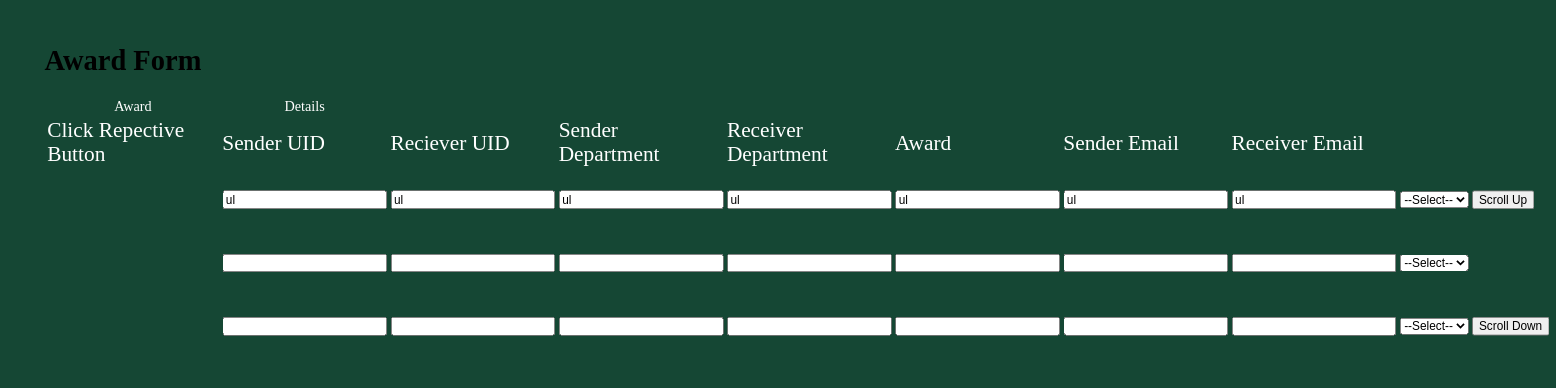
Repository: prajaktamore/Web-Based-Programming-3
Page: http://localhost/BinaryCalculator/Waiting.jsp
An editor plug-in stored every save of this project. The page is shown before and after the next save, followed by the edit.
The browser window is 1280 px wide. The page is 1748 px wide, so the pictures cover 1748 px, including what lies to the right of the window. The pictures show the whole page, at 89% of full size.
The page is served by Tomcat 9. Other server files are loaded and not shown.

Above is the page before, as saved 2014-05-04 18:00:54.

### BinaryCalculator/WebContent/Waiting.jsp
<%@ page language="java" contentType="text/html; charset=ISO-8859-1"
    pageEncoding="ISO-8859-1"%>
<%@taglib prefix="core" uri="http://java.sun.com/jsp/jstl/core"%>
<%@ page import="java.util.*,java.sql.Connection,java.sql.DriverManager,java.sql.SQLException,java.sql.Statement,java.sql.ResultSet" session="true"%>
<%@ page errorPage="ShowError.jsp" %>

<!DOCTYPE html PUBLIC "-//W3C//DTD HTML 4.01 Transitional//EN" "http://www.w3.org/TR/html4/loose.dtd">
<html>
<head>
<meta http-equiv="Content-Type" content="text/html; charset=ISO-8859-1">
<title>Awards</title>
<link href="more.css" rel="stylesheet" type="text/css" />
<script type="text/javascript">
var myArray = new Array();
var loc = -1;
var insertflag1;

var upstatus;

function  validateform1(){
	var index = document.getElementById("approve1").selectedIndex;
	if(index == 1){
		document.getElementById('sub1').style.visibility='visible';
	}else if(index == 2){
		var r=confirm("Confirmation : Are you sure you want to delete click ok and click Delete Button");
		if (r==true)
		  {
		  	document.getElementById('sub1').style.visibility='visible';
		  }
		else
		  {
		  	alert("You have cancelled Deletion");
		  }
	}
}

function  validateform2(){
	var index = document.getElementById("approve2").selectedIndex;
	if(index == 1){
		document.getElementById('sub2').style.visibility='visible';
	}else if(index == 2){
		var r=confirm("Confirmation : Are you sure you want to delete click ok and click Delete Button");
		if (r==true)
		  {
		  	document.getElementById('sub2').style.visibility='visible';
		  }
		else
		  {
		  	alert("You have cancelled Deletion");
		  }
	}
}

function  validateform3(){
	var index = document.getElementById("approve3").selectedIndex;
	if(index == 1){
		document.getElementById('sub3').style.visibility='visible';
	}else if(index == 2){
		var r=confirm("Confirmation : Are you sure you want to delete click ok and click Delete Button");
		if (r==true)
		  {
		  	document.getElementById('sub3').style.visibility='visible';
		  }
		else
		  {
		  	alert("You have cancelled Deletion");
		  }
	}
}
function successCallback(){
   	var name = '<%= session.getAttribute( "suidApprove" ) %>';
	var details = '<%= session.getAttribute( "ruidApprove" ) %>';
	var name1 = '<%= session.getAttribute( "sdeptApprove" ) %>';
	var details1 = '<%= session.getAttribute( "rdeptApprove" ) %>';
	var name2 = '<%= session.getAttribute( "awardApprove" ) %>';
	var details2 = '<%= session.getAttribute( "smailApprove" ) %>';
	var name3 = '<%= session.getAttribute( "rmailApprove" ) %>';
		var array1Token = name.toString();
		array1Token = array1Token.slice(1, array1Token.length-1);
		var fields = array1Token.split(/,/);

		var array2Token = details.toString();
		array2Token = array2Token.slice(1, array2Token.length-1);
		var fields2 = array2Token.split(/,/);

		var array1Token1 = name1.toString();
		array1Token1 = array1Token1.slice(1, array1Token1.length-1);
		var fields3 = array1Token1.split(/,/);

		var array2Token2 = details1.toString();
		array2Token2 = array2Token2.slice(1, array2Token2.length-1);
		var fields4 = array2Token2.split(/,/);

		var array1Token3 = name2.toString();
		array1Token3 = array1Token3.slice(1, array1Token3.length-1);
		var fields5 = array1Token3.split(/,/);

		var array2Token4 = details2.toString();
		array2Token4 = array2Token4.slice(1, array2Token4.length-1);
		var fields6 = array2Token4.split(/,/);

		var array1Token5 = name3.toString();
		array1Token5 = array1Token5.slice(1, array1Token5.length-1);
		var fields7 = array1Token5.split(/,/);
		loc = -1;

 		for (var i = 0; i < 3 ; i++) {
					var num = i + 1;
					var n = num.toString();

					var name = "name".concat(n);
					document.getElementById(name).value = "";

					var sssn = "detail".concat(n);
					document.getElementById(sssn).value = "";

					var sdept = "sdept".concat(n);
					document.getElementById(sdept).value = "";

					var rdept = "rdept".concat(n);
					document.getElementById(rdept).value = "";

					var award = "award".concat(n);
					document.getElementById(award).value = "";

					var smail = "smail".concat(n);
					document.getElementById(smail).value = "";

					var rmail = "rmail".concat(n);
					document.getElementById(rmail).value = "";

					var pos = "pos".concat(n);
					document.getElementById(pos).value = "";
		}

		for (var i = 0; i < fields.length ; i++) {
					if(i >= 3) {
						loc = loc + 1;

							document.getElementById("name1").value = fields[i-2];
							document.getElementById("detail1").value = fields2[i-2];
							document.getElementById("sdept1").value = fields3[i-2];
							document.getElementById("rdept1").value = fields4[i-2];
							document.getElementById("award1").value = fields5[i-2];
							document.getElementById("smail1").value = fields6[i-2];
							document.getElementById("rmail1").value = fields7[i-2];
							document.getElementById("pos1").value = i-2;

							document.getElementById("name2").value = fields[i-1];
							document.getElementById("detail2").value = fields2[i-1];
							document.getElementById("sdept2").value = fields3[i-1];
							document.getElementById("rdept2").value = fields4[i-1];
							document.getElementById("award2").value = fields5[i-1];
							document.getElementById("smail2").value = fields6[i-1];
							document.getElementById("rmail2").value = fields7[i-1];
							document.getElementById("pos2").value = i-1;

							document.getElementById("name3").value = fields[i];
							document.getElementById("detail3").value = fields2[i];
							document.getElementById("sdept3").value = fields3[i];
							document.getElementById("rdept3").value = fields4[i];
							document.getElementById("award3").value = fields5[i];
							document.getElementById("smail3").value = fields6[i];
							document.getElementById("rmail3").value = fields7[i];
							document.getElementById("pos3").value = i;


					}
					else{

							loc = loc + 1;
							var num = i + 1;
							var n = num.toString();

							var name = "name".concat(n);
							document.getElementById(name).value = fields[i];

							var sssn = "detail".concat(n);
							document.getElementById(sssn).value = fields2[i];

							var sdept = "sdept".concat(n);
					document.getElementById(sdept).value = fields3[i];

					var rdept = "rdept".concat(n);
					document.getElementById(rdept).value = fields4[i];

					var award = "award".concat(n);
					document.getElementById(award).value = fields5[i];

					var smail = "smail".concat(n);
					document.getElementById(smail).value =fields6[i];

					var rmail = "rmail".concat(n);
					document.getElementById(rmail).value = fields7[i];

							var pos = "pos".concat(n);
							document.getElementById(pos).value = i;

					}

				}

}

function scrollDown()
{
		var scrollstatus = document.getElementById("pos1").value;

		var name = '<%= session.getAttribute( "suidApprove" ) %>';
	var details = '<%= session.getAttribute( "ruidApprove" ) %>';
	var name1 = '<%= session.getAttribute( "sdeptApprove" ) %>';
	var details1 = '<%= session.getAttribute( "rdeptApprove" ) %>';
	var name2 = '<%= session.getAttribute( "awardApprove" ) %>';
	var details2 = '<%= session.getAttribute( "smailApprove" ) %>';
	var name3 = '<%= session.getAttribute( "rmailApprove" ) %>';
		var array1Token = name.toString();
		array1Token = array1Token.slice(1, array1Token.length-1);
		var fields = array1Token.split(/,/);

		var array2Token = details.toString();
		array2Token = array2Token.slice(1, array2Token.length-1);
		var fields2 = array2Token.split(/,/);

		var array1Token1 = name1.toString();
		array1Token1 = array1Token1.slice(1, array1Token1.length-1);
		var fields3 = array1Token1.split(/,/);

		var array2Token2 = details1.toString();
		array2Token2 = array2Token2.slice(1, array2Token2.length-1);
		var fields4 = array2Token2.split(/,/);

		var array1Token3 = name2.toString();
		array1Token3 = array1Token3.slice(1, array1Token3.length-1);
		var fields5 = array1Token3.split(/,/);

		var array2Token4 = details2.toString();
		array2Token4 = array2Token4.slice(1, array2Token4.length-1);
		var fields6 = array2Token4.split(/,/);

		var array1Token5 = name3.toString();
		array1Token5 = array1Token5.slice(1, array1Token5.length-1);
		var fields7 = array1Token5.split(/,/);

		loc = -1;

	if(fields.length < 3 || (parseInt(parseInt(scrollstatus) + 3))== fields.length){
			alert("Cannot scroll down");
	}else {
 		for (var i = 0; i < 3 ; i++) {
					var num = i + 1;
					var n = num.toString();

					var name = "name".concat(n);
					document.getElementById(name).value = "";

					var sssn = "detail".concat(n);
					document.getElementById(sssn).value = "";

					var sdept = "sdept".concat(n);
					document.getElementById(sdept).value = "";

					var rdept = "rdept".concat(n);
					document.getElementById(rdept).value = "";

					var award = "award".concat(n);
					document.getElementById(award).value = "";

					var smail = "smail".concat(n);
					document.getElementById(smail).value = "";

					var rmail = "rmail".concat(n);
					document.getElementById(rmail).value = "";

					var pos = "pos".concat(n);
					document.getElementById(pos).value = "";
		}

		var i = parseInt(parseInt(scrollstatus));

							document.getElementById("name1").value = fields[i+1];
							document.getElementById("detail1").value = fields2[i+1];
							document.getElementById("sdept1").value = fields3[i+1];
							document.getElementById("rdept1").value = fields4[i+1];
							document.getElementById("award1").value = fields5[i+1];
							document.getElementById("smail1").value = fields6[i+1];
							document.getElementById("rmail1").value = fields7[i+1];
							document.getElementById("pos1").value = i+1;

							document.getElementById("name2").value = fields[i+2];
							document.getElementById("detail2").value = fields2[i+2];
							document.getElementById("sdept2").value = fields3[i+2];
							document.getElementById("rdept2").value = fields4[i+2];
							document.getElementById("award2").value = fields5[i+2];
							document.getElementById("smail2").value = fields6[i+2];
							document.getElementById("rmail2").value = fields7[i+2];
							document.getElementById("pos2").value = i+2;

							document.getElementById("name3").value = fields[i+3];
							document.getElementById("detail3").value = fields2[i+3];
							document.getElementById("sdept3").value = fields3[i+3];
							document.getElementById("rdept3").value = fields4[i+3];
							document.getElementById("award3").value = fields5[i+3];
							document.getElementById("smail3").value = fields6[i+3];
							document.getElementById("rmail3").value = fields7[i+3];
							document.getElementById("pos3").value = i+3;
		}
}

function scrollUp()
{
		var scrollstatus = document.getElementById("pos3").value;

	var name = '<%= session.getAttribute( "suidApprove" ) %>';
	var details = '<%= session.getAttribute( "ruidApprove" ) %>';
	var name1 = '<%= session.getAttribute( "sdeptApprove" ) %>';
	var details1 = '<%= session.getAttribute( "rdeptApprove" ) %>';
	var name2 = '<%= session.getAttribute( "awardApprove" ) %>';
	var details2 = '<%= session.getAttribute( "smailApprove" ) %>';
	var name3 = '<%= session.getAttribute( "rmailApprove" ) %>';
		var array1Token = name.toString();
		array1Token = array1Token.slice(1, array1Token.length-1);
		var fields = array1Token.split(/,/);

		var array2Token = details.toString();
		array2Token = array2Token.slice(1, array2Token.length-1);
		var fields2 = array2Token.split(/,/);

		var array1Token1 = name1.toString();
		array1Token1 = array1Token1.slice(1, array1Token1.length-1);
		var fields3 = array1Token1.split(/,/);

		var array2Token2 = details1.toString();
		array2Token2 = array2Token2.slice(1, array2Token2.length-1);
		var fields4 = array2Token2.split(/,/);

		var array1Token3 = name2.toString();
		array1Token3 = array1Token3.slice(1, array1Token3.length-1);
		var fields5 = array1Token3.split(/,/);

		var array2Token4 = details2.toString();
		array2Token4 = array2Token4.slice(1, array2Token4.length-1);
		var fields6 = array2Token4.split(/,/);

		var array1Token5 = name3.toString();
		array1Token5 = array1Token5.slice(1, array1Token5.length-1);
		var fields7 = array1Token5.split(/,/);


		loc = -1;

		if(fields.length < 3 || (parseInt(parseInt(scrollstatus) - 3)) < 0){
				alert("Cannot scroll up");
		}else {
	 		for (var i = 0; i < 3 ; i++) {
					var num = i + 1;
					var n = num.toString();

					var name = "name".concat(n);
					document.getElementById(name).value = "";

					var sssn = "detail".concat(n);
					document.getElementById(sssn).value = "";

					var sdept = "sdept".concat(n);
					document.getElementById(sdept).value = "";

					var rdept = "rdept".concat(n);
					document.getElementById(rdept).value = "";

					var award = "award".concat(n);
					document.getElementById(award).value = "";

					var smail = "smail".concat(n);
					document.getElementById(smail).value = "";

					var rmail = "rmail".concat(n);
					document.getElementById(rmail).value = "";

					var pos = "pos".concat(n);
					document.getElementById(pos).value = "";

		}

		var i = parseInt(parseInt(scrollstatus));
							document.getElementById("name1").value = fields[i-3];
							document.getElementById("detail1").value = fields2[i-3];
							document.getElementById("sdept1").value = fields3[i-3];
							document.getElementById("rdept1").value = fields4[i-3];
							document.getElementById("award1").value = fields5[i-3];
							document.getElementById("smail1").value = fields6[i-3];
							document.getElementById("rmail1").value = fields7[i-3];
							document.getElementById("pos1").value = i-3;

							document.getElementById("name2").value = fields[i-2];
							document.getElementById("detail2").value = fields2[i-2];
							document.getElementById("sdept2").value = fields3[i-2];
							document.getElementById("rdept2").value = fields4[i-2];
							document.getElementById("award2").value = fields5[i-2];
							document.getElementById("smail2").value = fields6[i-2];
							document.getElementById("rmail2").value = fields7[i-2];
							document.getElementById("pos2").value = i-2;

							document.getElementById("name3").value = fields[i-1];
							document.getElementById("detail3").value = fields2[i-1];
							document.getElementById("sdept3").value = fields3[i-1];
							document.getElementById("rdept3").value = fields4[i-1];
							document.getElementById("award3").value = fields5[i-1];
							document.getElementById("smail3").value = fields6[i-1];
							document.getElementById("rmail3").value = fields7[i-1];
							document.getElementById("pos3").value = i-1;

		}
}

</script>
</head>
<body  onload="successCallback()">
		<h1>Award Form</h1>
			<form name="myForm"  method="POST" action="Waiting">
				<table width="page">
					<tr>
						<td align="center">Award</td>
						<td align="center">Details</td>
						<td></td>
					</tr>
					<tr>
					<td><label style="color:#ffffff;font-size:24px;visibility:visible;" >Click Repective Button</label></td>
					<td><label style="color:#ffffff;font-size:24px;visibility:visible;" >Sender UID</label></td>
					<td><label style="color:#ffffff;font-size:24px;visibility:visible;" >Reciever UID</label></td>
					<td><label style="color:#ffffff;font-size:24px;visibility:visible;" >Sender Department</label></td>
					<td><label style="color:#ffffff;font-size:24px;visibility:visible;" >Receiver Department</label></td>
					<td><label style="color:#ffffff;font-size:24px;visibility:visible;" >Award</label></td>
					<td><label style="color:#ffffff;font-size:24px;visibility:visible;" >Sender Email</label></td>
					<td><label style="color:#ffffff;font-size:24px;visibility:visible;" >Receiver Email</label></td>
					</tr>
					<tr>
						<td><input type="submit" name="sub" id="sub1" value="Select1" style="visibility:hidden;background-color: #2e466e; color: #ffff; border-radius: 10px;border:6px solid #1f2f47;border-radius:29px;padding:16px 57px;text-shadow:0px 1px 0px #263666;font-size:20px;"></td>
						<td><input id="name1" type="text" name="name1" readonly></td>
						<td><input id="detail1" type="text" name="detail1" readonly></td>
						<td><input id="sdept1" type="text" name="sdept1" readonly></td>
						<td><input id="rdept1" type="text" name="rdept1" readonly></td>
						<td><input id="award1" type="text" name="award1" readonly></td>
						<td><input id="smail1" type="text" name="smail1" readonly></td>
						<td><input id="rmail1" type="text" name="rmail1" readonly></td>
						<td>
	 					    <select name="approve1" id="approve1" onchange="validateform1()">
						        <OPTION  value="-1" label="--Select--" selected="selected">
						        <option value="Approve">Approve</option>
						        <option value="Delete">Delete</option>
						     </select>
					    </td>
						<td><input type="button" name="up" value="Scroll Up" onClick="scrollUp()"></td>
						<td><input id="pos1" type="hidden" readonly></td>
					</tr>
					<tr>
						<td><input type="submit" name="sub" id="sub2" value="Select2" style="visibility:hidden;background-color: #2e466e; color: #ffff; border-radius: 10px;border:6px solid #1f2f47;border-radius:29px;padding:16px 57px;text-shadow:0px 1px 0px #263666;font-size:20px;"></td>
						<td><input id="name2" type="text" name="name2" readonly></td>
						<td><input id="detail2" type="text" name="detail2" readonly></td>
						<td><input id="sdept2" type="text" name="sdept2" readonly></td>
						<td><input id="rdept2" type="text" name="rdept2" readonly></td>
						<td><input id="award2" type="text" name="award2" readonly></td>
						<td><input id="smail2" type="text" name="smail2" readonly></td>
						<td><input id="rmail2" type="text" name="rmail2" readonly></td>
						<td>
	 					    <select name="approve2" id="approve2" onchange="validateform2()">
						        <OPTION  value="-1" label="--Select--" selected="selected">
						         <option value="Approve">Approve</option>
						        <option value="Delete">Delete</option>
						     </select>
					    </td>
						<td><input id="pos2" type="hidden" readonly></td>
					</tr>
					<tr>
						<td><input type="submit" name="sub" id="sub3" value="Select3" style="visibility:hidden;background-color: #2e466e; color: #ffff; border-radius: 10px;border:6px solid #1f2f47;border-radius:29px;padding:16px 57px;text-shadow:0px 1px 0px #263666;font-size:20px;"></td>
						<td><input id="name3" type="text" name="name3" readonly></td>
						<td><input id="detail3" type="text" name="detail3" readonly></td>
						<td><input id="sdept3" type="text" name="sdept3" readonly></td>
						<td><input id="rdept3" type="text" name="rdept3" readonly></td>
						<td><input id="award3" type="text" name="award3" readonly></td>
						<td><input id="smail3" type="text" name="smail3" readonly></td>
						<td><input id="rmail3" type="text" name="rmail3" readonly></td>
						<td>
	 					    <select name="approve3" id="approve3" onchange="validateform3()">
						        <OPTION  value="-1" label="--Select--" selected="selected">
						         <option value="Approve">Approve</option>
						        <option value="Delete">Delete</option>
						     </select>
					    </td>
						<td><input type="button" name="down" value="Scroll Down" onClick="scrollDown()"></td>
						<td><input id="pos3" type="hidden" readonly></td>
					</tr>
				</table>
			</form>
</body>
</html>

### BinaryCalculator/WebContent/more.css
/*
    author : Prajakta More
    date created : 11 Feb 2014
	Version:  1
    copyright information : Binghamton University
*/

/*Defines style for body tag all fields declared in body tag will follow below style for margins and background*/
body
{
margin-top:50px;
margin-left:50px;
margin-right:50px;
margin-bottom:50px;
background:#154734;
}



input#submit {
    padding: 4px 40px;
    /*give the background a gradient*/
    background:#ffae00; /*fallback for browsers that don't support gradients*/
    background: -webkit-linear-gradient(top, #ffae00, #d67600);
    background: -moz-linear-gradient(top, #ffae00, #d67600);
    background: -o-linear-gradient(top, #ffae00, #d67600);
    background: linear-gradient(top, #ffae00, #d67600);
    border:2px outset #dad9d8;
    /*style the text*/
    font-family:Andika, Arial, sans-serif;
    font-size:1.1em;
    letter-spacing:0.05em;
    text-transform:uppercase;
    color:#fff;
    text-shadow: 0px 1px 10px #000;
    /*add to small curve to the corners of the button*/
    -webkit-border-radius: 15px;
    -moz-border-radius: 15px;
    border-radius: 15px;
    /*give the button a drop shadow*/
    -webkit-box-shadow: rgba(0, 0, 0, .55) 0 1px 6px;
    -moz-box-shadow: rgba(0, 0, 0, .55) 0 1px 6px;
    box-shadow: rgba(0, 0, 0, .55) 0 1px 6px;
    }
    /****NOW STYLE THE BUTTON'S HOVER STATE***/
    input#submit:hover, input#submit:focus {
    border:2px solid #dad9d8;
    }



/*Defines style for table tag all fields declared in table tag will follow below style for border*/
table
{
border: 0px solid #154734;
content-type:text/plain;
charset=iso-8859-1 ;
}
/*Defines style for table data tag all fields declared in table data tag will follow below style for border and text color */
td
{
border: 0px solid #154734;
color:white;
}
/*Defines style for paragraph tag  with class type defined as ex2 all fields declared in paragraph tag will follow below style for font, color, text align*/
p.ex2
{
font:30px arial,sans-serif,centre;
color:#ffffff;
text-align:center;
}
/*Defines style for paragraph tag  with class type defined as ex1 all fields declared in paragraph tag will follow below style for font, color, text align*/
p.ex1
{
font:18px arial,sans-serif,centre;
color:#ffffff;
text-align:center;
}
/*Defines style for img tag all with class name as ex3 fields declared in img tag will
follow below style for margins, background, padding, border, background -color, height, width, float, text- align*/
img.ex3
{
  margin: 5px;
  padding: 5px;
  background-color: #ffffff;
  border: 3px solid #ffffff;
  height: 375px;
  width: 250px;
  float: left;
  text-align: left;
}
/*Defines style for a href tag and its properties for different states as link, visited, hover, active*/
a:link {text-decoration:none;
background-color:#66CCCC;
color:#000000;
}
a:visited {text-decoration:none;
background-color:#9999CC;
color:#660033;
}
a:hover {text-decoration:underline;
background-color:#CC99CC;
color:#000033;
}
a:active {text-decoration:underline;
background-color:#FF99CC;
color:#330000;
}

After the next save:
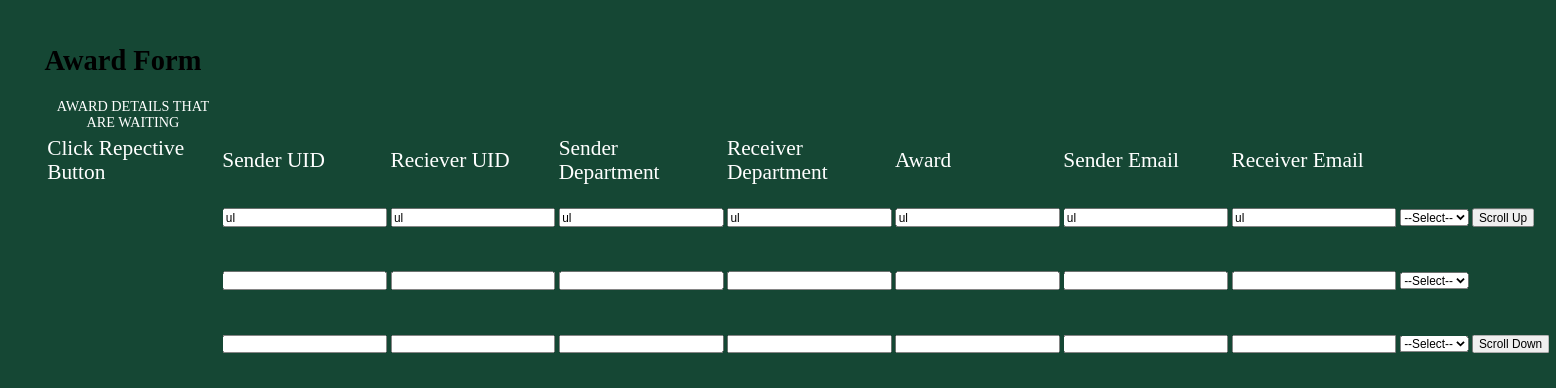
Saved 71 s later.
--- a/BinaryCalculator/WebContent/Waiting.jsp
+++ b/BinaryCalculator/WebContent/Waiting.jsp
@@ -419,10 +419,9 @@ function scrollUp()
 			<form name="myForm"  method="POST" action="Waiting">
 				<table width="page">
 					<tr>
-						<td align="center">Award</td>
-						<td align="center">Details</td>
-						<td></td>
+						<td align="center">AWARD DETAILS THAT ARE WAITING</td>
 					</tr>
+					<tr></tr>
 					<tr>
 					<td><label style="color:#ffffff;font-size:24px;visibility:visible;" >Click Repective Button</label></td>
 					<td><label style="color:#ffffff;font-size:24px;visibility:visible;" >Sender UID</label></td>
